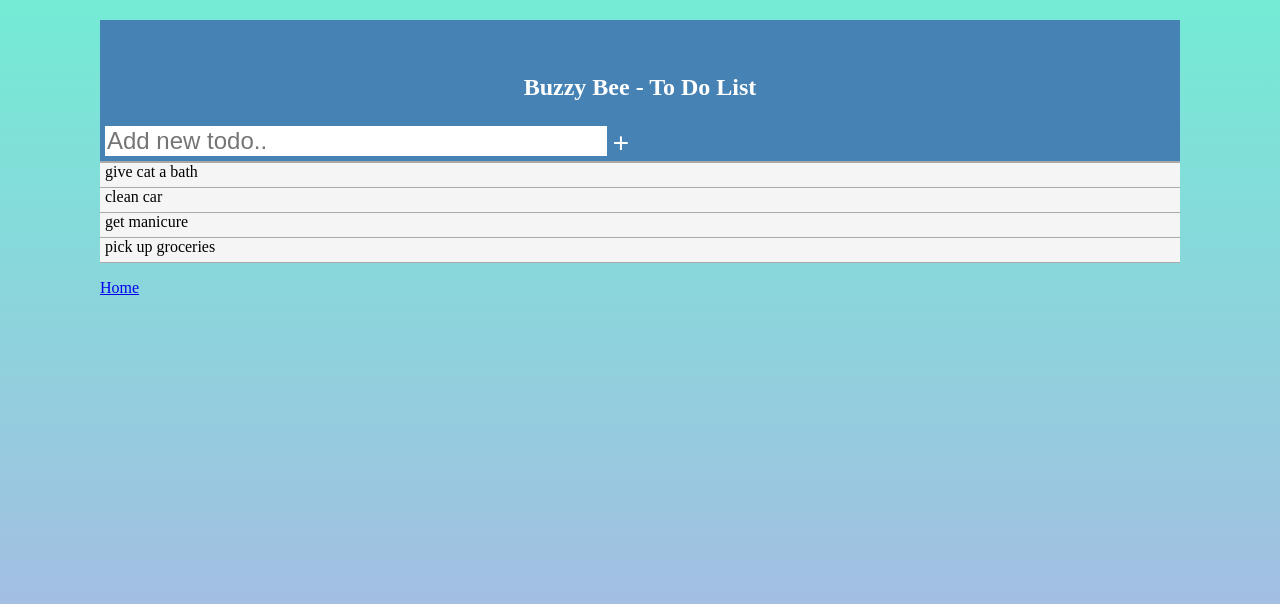
Repository: seleniadelgado/backend-spring2020-angie
Page: projects/todo/public_html/index.html
The author's editor kept a copy of each file at every save. The page is drawn from the files as they stood at one save, then again after the next save.
The browser window is 1280 px wide. The pictures show the whole page.
The page's requests for data from a server got no answer.

Above is the page before, as saved 2020-05-12 21:06:34.

After the next save:
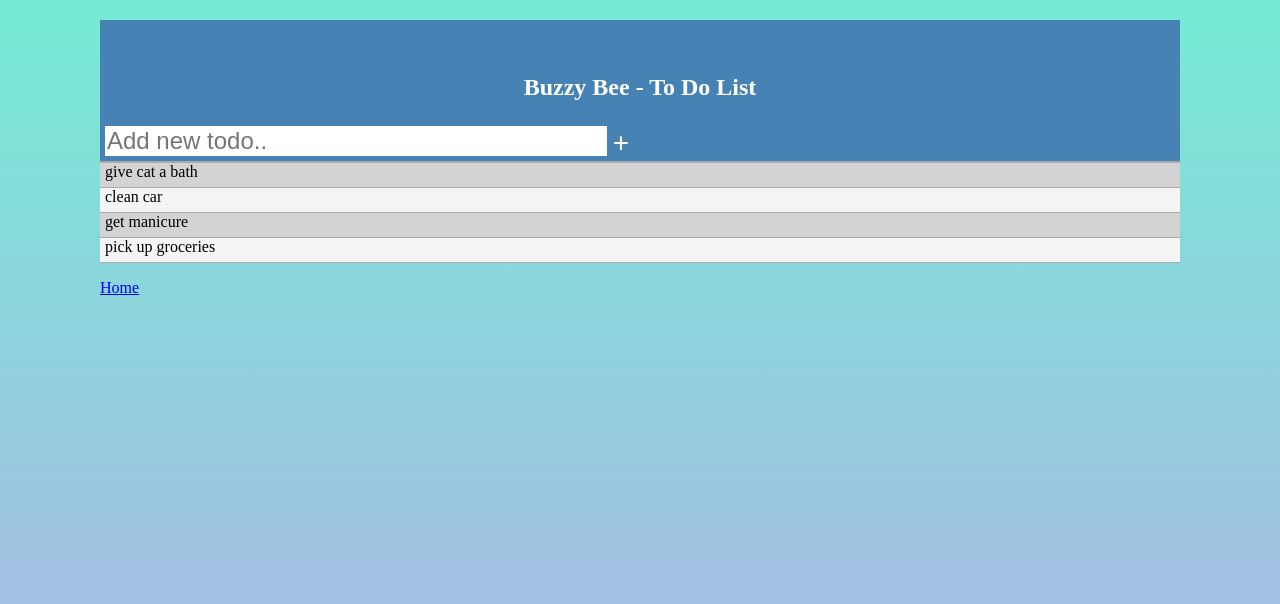
Saved 10 s later.
--- a/projects/todo/public_html/styles.css
+++ b/projects/todo/public_html/styles.css
@@ -44,7 +44,7 @@ body {
     font-size: 24px;
 }
 #myList li:nth-child(odd) {
-    background: light-gray;
+    background: lightgray;
   }
 #myList {
     list-style: none;
